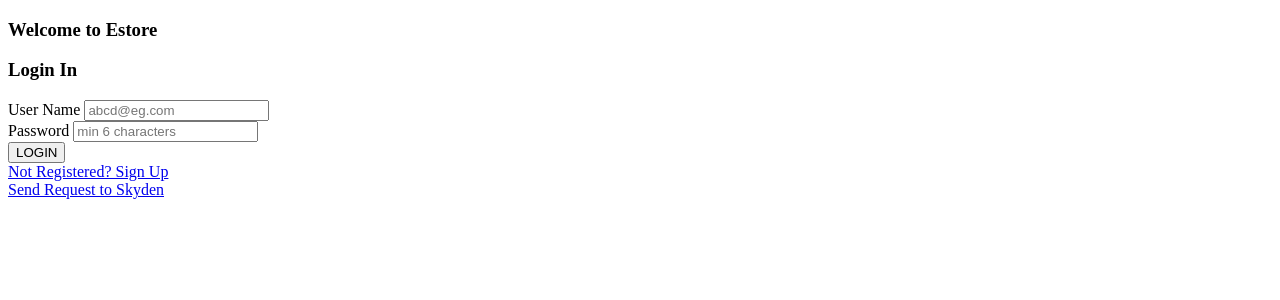
Repository: harshithkandula/Myfirstpractice
Page: Estore/src/main/webapp/index.html
An editor plug-in stored every save of this project. The page is shown before and after the next save, followed by the edit.
The browser window is 1280 px wide. The pictures show the whole page.

Above is the page before, as saved 2024-02-06 08:27:00.

### Estore/src/main/webapp/index.html
<!DOCTYPE html>
<html>
<head>
<meta charset="ISO-8859-1">
<title>Welcome to Servlets</title>
</head>
<body>
     <div>
            <h3>Welcome to Estore</h3>
            <h3>Login In</h3>
            <form action="fctr" method="post" >
                <label>User Name</label>
                <input type="text" name="txtemail" placeholder="abcd@eg.com"/><br>
                <label>Password</label>
                <input type="password" name="txtpwd" placeholder="min 6 characters"><br>
                <input type="submit" value="LOGIN" ><br>
                <a href="register.html">Not Registered? Sign Up</a><br>
                <a href="Home">Send Request to Skyden</a>
            </form>
     </div>
</body>
</html>

After the next save:
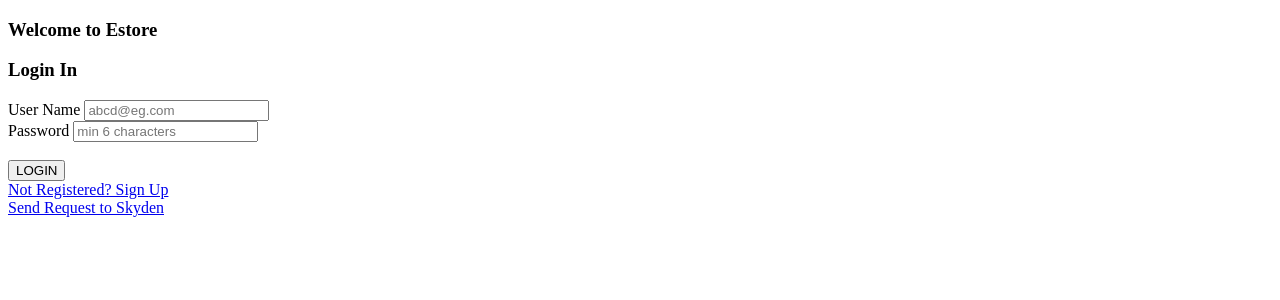
Saved 97 s later.
--- a/Estore/src/main/webapp/index.html
+++ b/Estore/src/main/webapp/index.html
@@ -13,6 +13,7 @@
                 <input type="text" name="txtemail" placeholder="abcd@eg.com"/><br>
                 <label>Password</label>
                 <input type="password" name="txtpwd" placeholder="min 6 characters"><br>
+                <input type="hidden" value="login" name="txtType"><br>
                 <input type="submit" value="LOGIN" ><br>
                 <a href="register.html">Not Registered? Sign Up</a><br>
                 <a href="Home">Send Request to Skyden</a>
